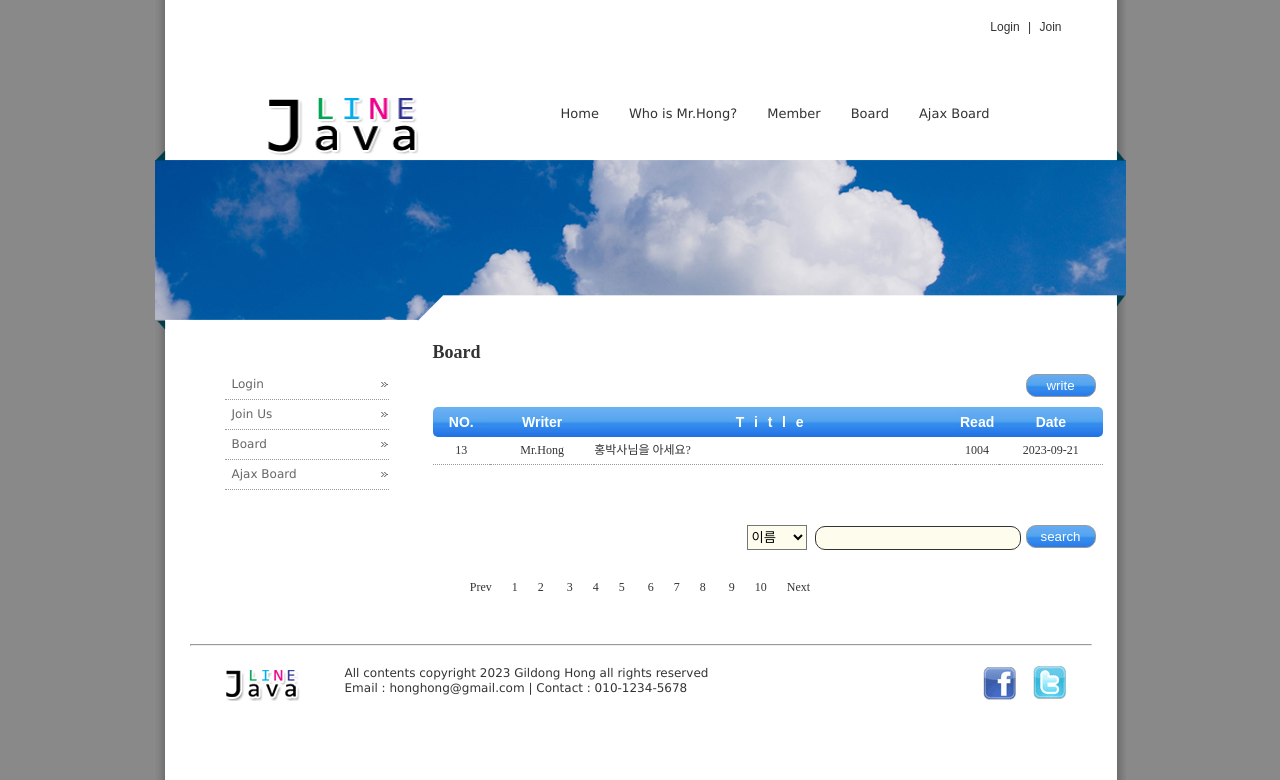
Repository: JIYEON25/model
Page: model1/myJSP/myHTML/src/main/webapp/mainpage.html
These files come from the project's save history. The page is drawn as it stood at one moment and after the next save; the edit follows.
The browser window is 1280 px wide. The pictures show the whole page.

Above is the page before, as saved 2023-09-20 12:12:42.

After the next save:
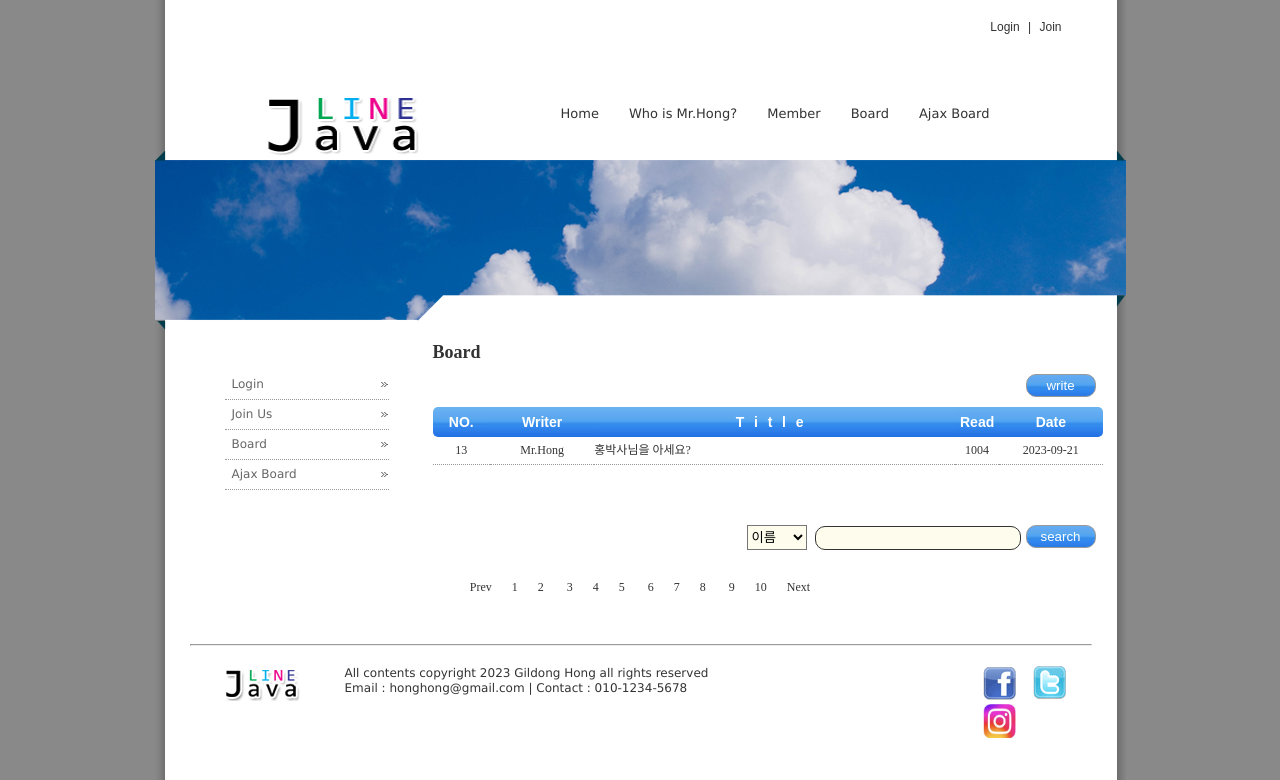
Saved 2 min 36 s later.
--- a/model1/myJSP/myHTML/src/main/webapp/mainpage.html
+++ b/model1/myJSP/myHTML/src/main/webapp/mainpage.html
@@ -88,6 +88,7 @@
 		<div id="social">
 		<img src="images/facebook.gif" width="33" height="33" alt="Facdebook">
 		<img src="images/twitter.gif" width="33" height="34" alt="Twitter">
+		<img src="images/instagram.png" width="33" height="34" alt="Instagram">
 		</div>
 	</footer>
 	</div>
